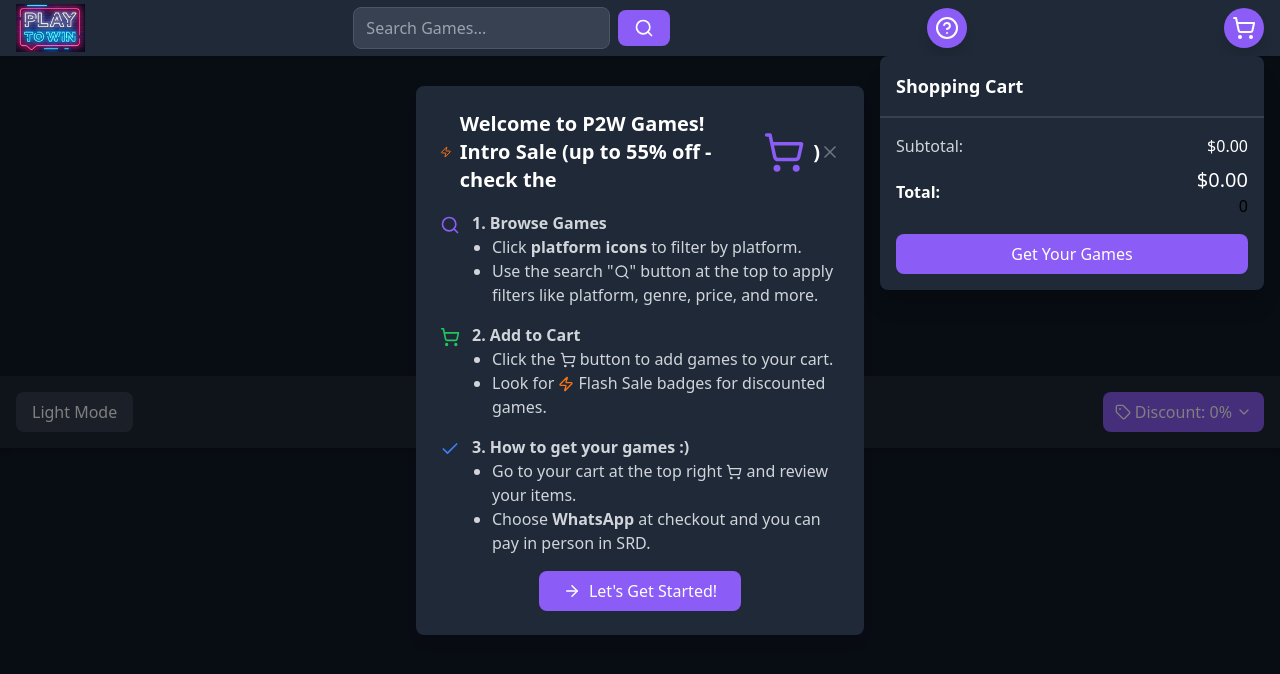
Repository: Play2Win777/P2W-Superbase
Page: /checkout, after clicking the first element matching `div.relative > button`
The author's editor kept a copy of each file at every save. The page is drawn from the files as they stood at one save, then again after the next save.
The browser window is 1280 px wide. The pictures show the whole page.
The page's requests for data from a server got no answer. The project was rebuilt for these pictures with package versions that can differ from the ones it lists, and the page was loaded fresh each time. No one was signed in, and anything a server would have sent is missing. Also part of the build but not shown: vite.config.ts, src/components/Filters.tsx, src/components/GameCard.tsx, src/components/FlashSaleBadge.tsx, src/pages/GameDetails.tsx, src/pages/FlashSalePage.tsx, src/components/Toast.tsx.

Above is the page before, as saved 2025-03-21 14:04:10.

After the next save:
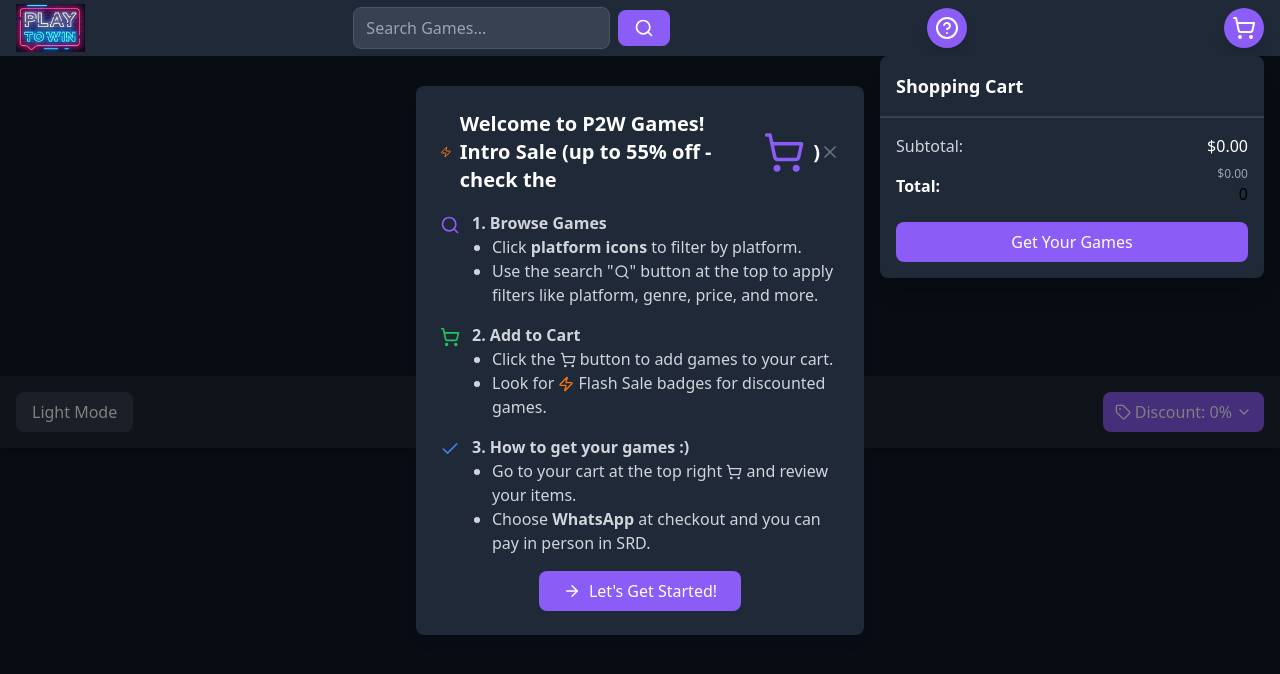
Saved 48 s later.
--- a/src/components/Cart.tsx
+++ b/src/components/Cart.tsx
@@ -242,7 +242,7 @@
             <div className="flex justify-between items-center mb-4">
               <span className="font-semibold dark:text-white">Total:</span>
               <div className="flex flex-col items-end">
-                <span className="text-xl dark:text-white">${total.toFixed(2)}</span>
+                <span className="text-xs text-gray-500 dark:text-gray-400">${total.toFixed(2)}</span>
                 {srdTotal && (
                   <span className="text-xl font-bold dark:text-white">
                     srd {srdTotal}
